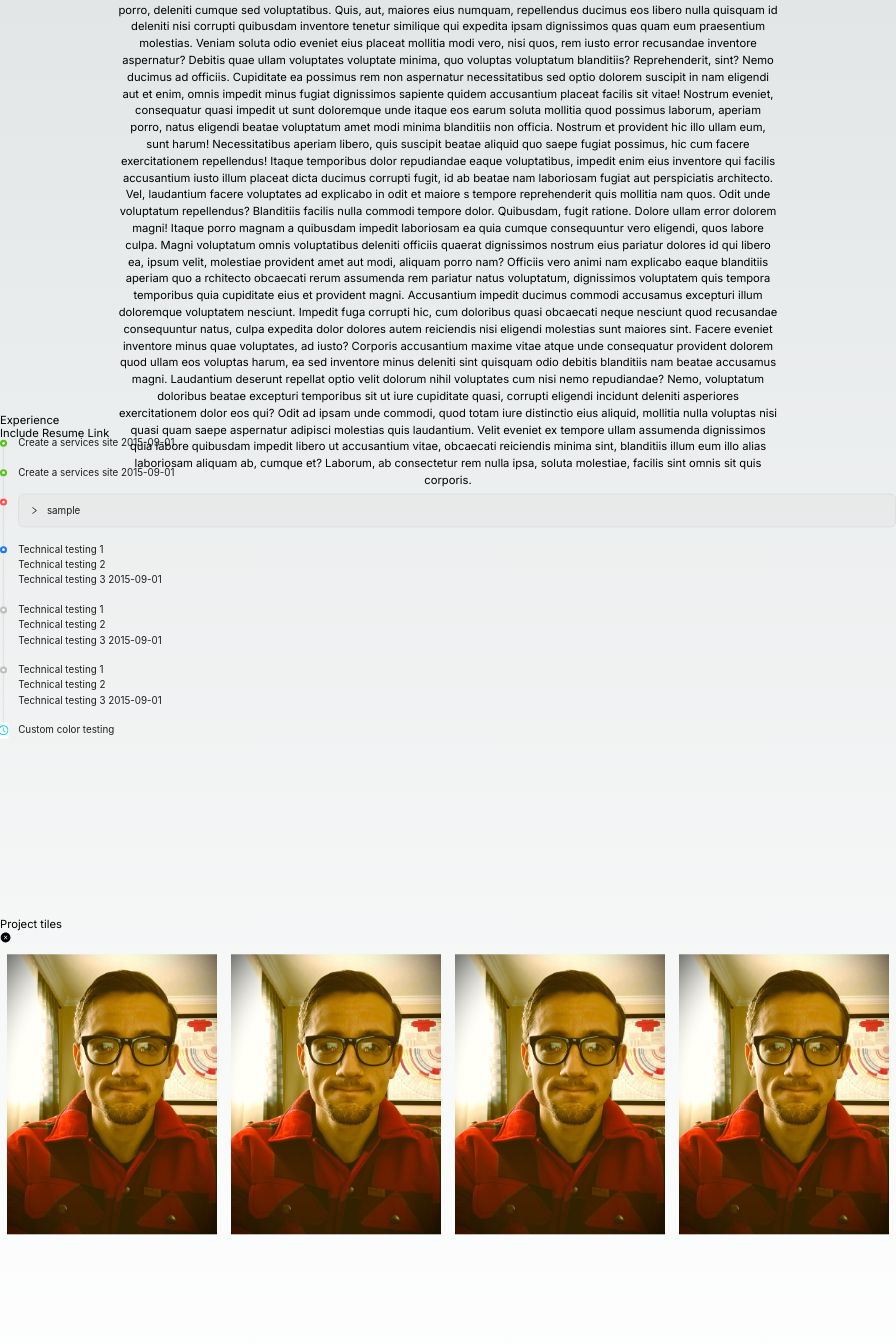
Repository: devkthines/next-portfolio-v2
Page: /
The author's editor kept a copy of each file at every save. The page is drawn from the files as they stood at one save, then again after the next save.
The browser window is 1280 px wide. The pictures show the part of the page from y = 906 to 2826 px (the page is 2936 px tall), at 70% of full size.
The project was rebuilt for these pictures with package versions that can differ from the ones it lists, and the page was loaded fresh each time. The framework's server and built-in components were replaced by stand-ins that run in the browser. Also part of the build but not shown: next.config.js.

Above is the page before, as saved 2023-09-12 22:46:54.

### src/app/layout.tsx
import 'bootstrap/dist/css/bootstrap.css';
import './globals.css'
import '../../css/style.css'
import type { Metadata } from 'next'
import { Inter } from 'next/font/google'

// Put any other imports below so that CSS from your
// components takes precedence over default styles.
const inter = Inter({ subsets: ['latin'] })

export const metadata: Metadata = {
  title: 'Create Next App',
  description: 'Generated by create next app',
}

export default function RootLayout({
  children,
}: {
  children: React.ReactNode
}) {
  return (
    <html lang="en">
      <body className={inter.className}>{children}</body>
    </html>
  )
}

### src/app/page.tsx
'use client'

import Image from 'next/image'
import Header from './components/header.js'
import uglyMe from '../../images/41AE497E-8D5A-46DE-8679-1C35226F5747.jpg'
import ProjectModal from './components/modal.js'
import Tab from 'react-bootstrap/Tab';
import Tabs from 'react-bootstrap/Tabs';
import {useInView} from 'react-intersection-observer'
import Button from 'react-bootstrap/Button';
import Container from 'react-bootstrap/Container';
import Form from 'react-bootstrap/Form';
import Nav from 'react-bootstrap/Nav';
import Navbar from 'react-bootstrap/Navbar';
import NavDropdown from 'react-bootstrap/NavDropdown';
import { useState } from 'react';
import Resume from './components/timeline.js'
export default function Home() {
  const[color,setColor] = useState(false)
  const { ref, inView } = useInView({
    // triggerOnce: true,
    rootMargin: '0px 0px',
    onChange: (inView) => {
      if (inView) {
        setColor(true)
      }
      else{
        setColor(false)
      }
    },

  });
  return (
    <main >
    <Navbar className={`${color? 'color-change':'bg-body-tertiary'} flex flex-col `} sticky='top' expand="lg" >
    <Container fluid>
      <Navbar.Brand href="#">Navbar scroll</Navbar.Brand>
      <Navbar.Toggle aria-controls="navbarScroll" />
      <Navbar.Collapse id="navbarScroll">
        <Nav
          className="me-auto my-2 my-lg-0"
          style={{ maxHeight: '100px' }}
          navbarScroll
        >
          <Nav.Link href="#action1">Home</Nav.Link>
          <Nav.Link href="#action2">Link</Nav.Link>
          <NavDropdown title="Link" id="navbarScrollingDropdown">
            <NavDropdown.Item href="#action3">Action</NavDropdown.Item>
            <NavDropdown.Item href="#action4">
              Another action
            </NavDropdown.Item>
            <NavDropdown.Divider />
            <NavDropdown.Item href="#action5">
              Something else here
            </NavDropdown.Item>
          </NavDropdown>
          <Nav.Link href="#" disabled>
            Link
          </Nav.Link>
        </Nav>
        <Form className="d-flex">
          <Form.Control
            type="search"
            placeholder="Search"
            className="me-2"
            aria-label="Search"
          />
          <Button variant="outline-success">Search</Button>
        </Form>
      </Navbar.Collapse>
    </Container>
  </Navbar>

      <div className={`infoSection bg-stone-800 border border-indigo-600 bg-no-repeat flex flex-row justify-between`}>
        <div>
          <h1>Hello, my name is Korey, a web developer/creative person</h1>
        </div>
        <Image id='portrait' src={uglyMe} alt="" className='w-48' />
      </div>
      <div id='about'>
        <div ref={ref} className="aboutSection text-center m-auto p-10">
          <div> <h1>About </h1>
            <p>Lorem ipsum dolor, sit amet consectetur adipisicing elit. Blanditiis corrupti impedit esse voluptatum enim
              nesciunt
              eligendi odit ex magni adipisci officiis nobis vero incidunt quia saepe inventore, consequatur
              temporibus quisquam quasi laudantium optio? Dignissimos saepe, perferendis in nisi delectus neque libero maiores
              voluptate adipisci laborum non commodi harum porro, deleniti cumque sed voluptatibus. Quis,
              aut, maiores eius numquam, repellendus ducimus eos libero nulla quisquam id deleniti nisi corrupti quibusdam
              inventore tenetur similique qui expedita ipsam dignissimos
              quas quam eum praesentium molestias. Veniam soluta odio eveniet eius placeat mollitia modi vero, nisi quos,
              rem iusto error recusandae inventore aspernatur? Debitis quae ullam voluptates voluptate minima, quo voluptas
              voluptatum blanditiis? Reprehenderit, sint? Nemo ducimus ad officiis. Cupiditate ea possimus rem non aspernatur
              necessitatibus sed
              optio dolorem suscipit in nam eligendi aut et enim, omnis impedit
              minus fugiat dignissimos sapiente quidem accusantium placeat facilis
              sit vitae! Nostrum eveniet, consequatur quasi impedit ut sunt doloremque unde itaque eos earum soluta mollitia quod
              possimus laborum, aperiam porro, natus eligendi beatae voluptatum amet modi minima blanditiis non officia. Nostrum et
              provident hic illo ullam eum, sunt harum! Necessitatibus aperiam libero, quis suscipit beatae aliquid quo saepe
              fugiat possimus, hic cum facere exercitationem repellendus! Itaque temporibus dolor repudiandae eaque voluptatibus,
              impedit enim eius inventore qui facilis accusantium iusto illum placeat dicta ducimus corrupti fugit, id ab beatae
              nam laboriosam fugiat aut perspiciatis architecto. Vel, laudantium facere voluptates ad explicabo in odit et maiore
              s tempore reprehenderit quis mollitia nam quos. Odit unde voluptatum repellendus? Blanditiis facilis nulla commodi
              tempore dolor. Quibusdam, fugit ratione. Dolore ullam error dolorem magni! Itaque porro magnam a quibusdam impedit
              laboriosam ea quia cumque consequuntur vero eligendi, quos labore culpa. Magni voluptatum omnis voluptatibus
              deleniti officiis quaerat dignissimos nostrum eius pariatur dolores id qui libero ea, ipsum velit, molestiae
              provident amet aut modi, aliquam porro nam? Officiis vero animi nam explicabo eaque blanditiis aperiam quo a
              rchitecto obcaecati rerum assumenda rem pariatur natus voluptatum, dignissimos voluptatem quis tempora temporibus
              quia cupiditate eius et provident magni. Accusantium impedit ducimus commodi accusamus excepturi illum
              doloremque voluptatem nesciunt. Impedit fuga corrupti hic, cum doloribus quasi obcaecati neque nesciunt
              quod recusandae consequuntur natus, culpa expedita dolor dolores autem reiciendis nisi eligendi molestias
              sunt maiores sint. Facere eveniet inventore minus quae voluptates, ad iusto? Corporis accusantium maxime
              vitae atque unde consequatur provident dolorem quod ullam eos voluptas harum, ea sed inventore minus deleniti
              sint quisquam odio debitis blanditiis nam beatae accusamus magni. Laudantium deserunt repellat optio
              velit dolorum nihil voluptates cum nisi nemo repudiandae? Nemo, voluptatum doloribus beatae excepturi
              temporibus sit ut iure cupiditate quasi, corrupti eligendi incidunt deleniti asperiores exercitationem
              dolor eos qui? Odit ad ipsam unde commodi, quod totam iure distinctio eius aliquid, mollitia nulla voluptas
              nisi quasi quam saepe aspernatur adipisci molestias quis laudantium. Velit eveniet ex tempore ullam assumenda
              dignissimos quia labore quibusdam
              impedit libero ut accusantium vitae, obcaecati reiciendis minima sint, blanditiis illum eum illo alias
              laboriosam aliquam ab, cumque et? Laborum, ab consectetur rem nulla ipsa, soluta molestiae, facilis sint
              omnis sit quis corporis.</p></div></div>
        <div className="infoSection">
          <h1>Experience</h1> <h2>Include Resume Link</h2>
          <div className='experience'>
            {/* <h1>Timeline Here</h1> */}
      <Resume></Resume>
          </div>
        </div>
      </div>
      <div className="infoSection"><h1>Project tiles</h1>
        <ProjectModal></ProjectModal>
      </div>
    </main>
  )
}

### css/style.css
*{
    box-sizing: border-box;
    margin: 0;
    padding: 0;
}
.infoSection{
    width: 100vw;
    height: 100vh;
}

.aboutSection{
    width: 80vw;
    height: 100vh;
}
#portrait{
    width: 500px;
    height: 700px;
}
.imgTest{
    margin: 10px;
}
.imgTest:active{
    flex-grow:10000;
    transform:scale(1);

    max-width:600px;
    margin:0px;
    border-radius:40px;

    background-size:auto 100%;
}
.mb-3.flex.flex-column.nav.nav-tabs.nav-justified{
height: 100%;
width: 25%;
border-left: 2px solid  darkorchid!important;
}
.tab-content{
    height: 100%!important;
    margin-left: 25%!important;
}
.color-change{
    background-color: greenyellow;
}

### src/app/components/modal.js
'use client'
import Card from 'react-bootstrap/Card';
import Modal from 'react-bootstrap/Modal';
import Image from 'next/image';
import { AiFillCloseCircle } from 'react-icons/ai';
import { AiOutlineCloseCircle } from 'react-icons/ai';
import { useState } from 'react';

export default function ProjectModal() {
    const [button, setButton] = useState(<AiFillCloseCircle></AiFillCloseCircle>)
    return (
        <>
            <div>
                <button
                    onMouseEnter={() => setButton(<AiOutlineCloseCircle></AiOutlineCloseCircle>)}
                    onMouseLeave={() => setButton(<AiFillCloseCircle></AiFillCloseCircle>)}
                >
                    {button}
                </button>
                <div>
                    <img src="" alt="" />

                </div>



            </div>

            <div className='flex flex-row'>
                <button className='imgTest'><Image width={300} height={300} src='/images/image_67198465.JPG' alt='' /></button>
                <button className='imgTest'><Image width={300} height={300} src='/images/image_67198465.JPG' alt='' /></button>
                <button className='imgTest'><Image width={300} height={300} src='/images/image_67198465.JPG' alt='' /></button>
                <button className='imgTest'><Image width={300} height={300} src='/images/image_67198465.JPG' alt='' /></button>
            </div>
        </>
    )
}

### src/app/components/timeline.js
'use client'

import { ClockCircleOutlined } from '@ant-design/icons';
import { Timeline } from 'antd';
import { Collapse } from 'antd';
const text = `
  A dog is a type of domesticated animal.
  Known for its loyalty and faithfulness,
  it can be found as a welcome guest in many households across the world.
`;
const itemss = [
    {
      key: '1',
      label: 'This is panel header 1',
      children: <p>{text}</p>,
    },
    {
      key: '2',
      label: 'This is panel header 2',
      children: <p>{text}</p>,
    },
    {
      key: '3',
      label: 'This is panel header 3',
      children: <p>{text}</p>,
    },
  ];
export default function Resume(){
 const items = [{ children: 'sample', label: 'sample' }];
 const onChange = (key) => {
    console.log(key);}
  return(
        <>
   <Timeline
    items={[
      {
        color: 'green',
        children: 'Create a services site 2015-09-01',
      },
      {
        color: 'green',
        children: 'Create a services site 2015-09-01',
      },
      {
        color: 'red',
        children: (
          <>
            <Collapse items={items} defaultActiveKey={['1']} onChange={onChange} />
          </>
        ),
      },
      {
        children: (
          <>
            <p>Technical testing 1</p>
            <p>Technical testing 2</p>
            <p>Technical testing 3 2015-09-01</p>
          </>
        ),
      },
      {
        color: 'gray',
        children: (
          <>
            <p>Technical testing 1</p>
            <p>Technical testing 2</p>
            <p>Technical testing 3 2015-09-01</p>
          </>
        ),
      },
      {
        color: 'gray',
        children: (
          <>
            <p>Technical testing 1</p>
            <p>Technical testing 2</p>
            <p>Technical testing 3 2015-09-01</p>
          </>
        ),
      },
      {
        color: '#00CCFF',
        dot: <ClockCircleOutlined />,
        children: <p>Custom color testing</p>,
      },
    ]}
  />
 </>
    )
}

Loaded but not shown: src/app/globals.css (common file); tailwind.config.ts (common file)

After the next save:
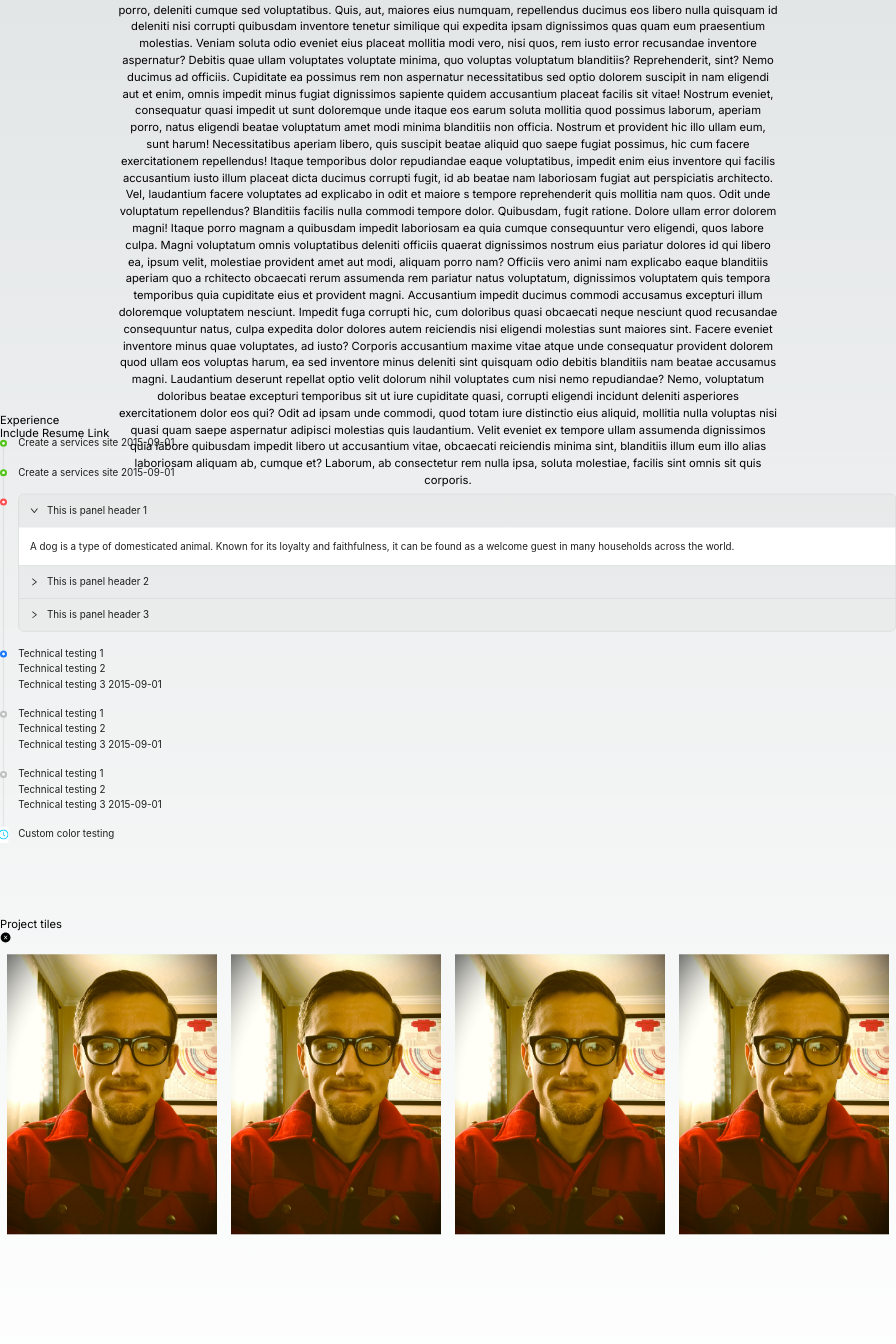
Saved 4 s later.
--- a/src/app/components/timeline.js
+++ b/src/app/components/timeline.js
@@ -45,7 +45,7 @@ export default function Resume(){
         color: 'red',
         children: (
           <>
-            <Collapse items={items} defaultActiveKey={['1']} onChange={onChange} />
+            <Collapse items={itemss} defaultActiveKey={['1']} onChange={onChange} />
           </>
         ),
       },
